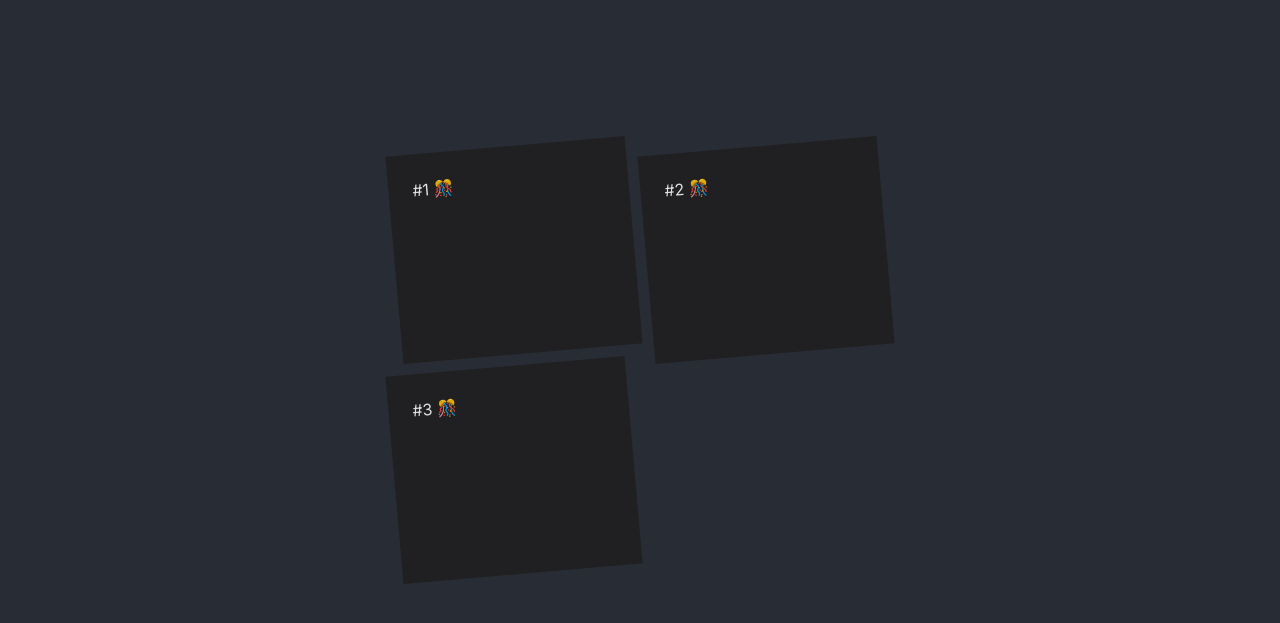
Repository: devsecops-node/simple-play
Page: /recomendations
An editor plug-in stored every save of this project. The page is shown before and after the next save, followed by the edit.
The browser window is 1280 px wide. The pictures show the whole page.
The project was rebuilt for these pictures with package versions that can differ from the ones it lists, and the page was loaded fresh each time. The framework's server and built-in components were replaced by stand-ins that run in the browser. Also part of the build but not shown: next.config.mjs.

Above is the page before, as saved 2024-06-21 18:38:47.

After the next save:
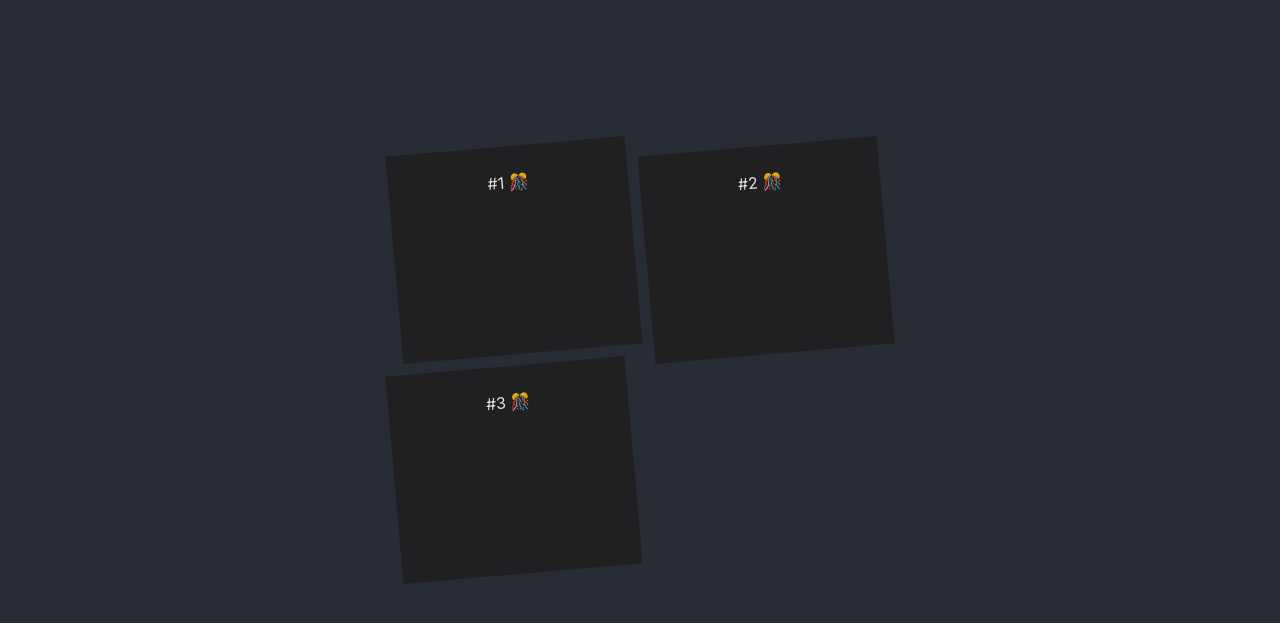
Saved 33 s later.
--- a/src/app/_styles/cards.module.css
+++ b/src/app/_styles/cards.module.css
@@ -22,6 +22,8 @@
   opacity: 1;
   transition: all 0.5s ease-in-out;
   display: flex;
+  justify-items: center;
+  align-items: center;
   flex-direction: column;
   -webkit-transition: all 0.5s ease-in-out;
   -moz-transition: all 0.5s ease-in-out;
